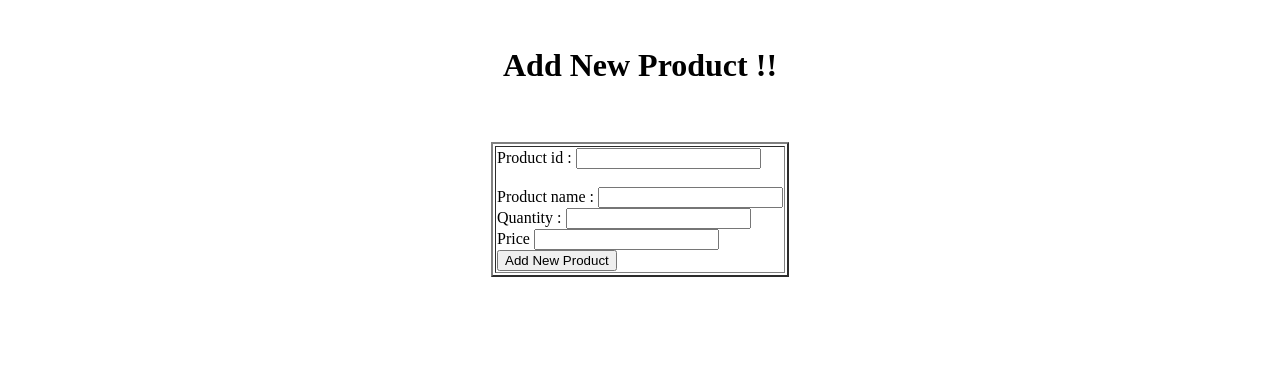
Repository: ravikumar0303/Advance-Java
Page: http://localhost/JSP_Product/addproduct.jsp
The author's editor kept a copy of each file at every save. The page is drawn from the files as they stood at one save, then again after the next save.
The browser window is 1280 px wide. The pictures show the whole page.
The page is served by Tomcat 9. Other server files are loaded and not shown.

Above is the page before, as saved 2023-06-27 07:22:11.

### JSP_Product/src/main/webapp/addproduct.jsp
<%@ page language="java" contentType="text/html; charset=ISO-8859-1"
    pageEncoding="ISO-8859-1"%>
<!DOCTYPE html>
<html>
<head>
<meta charset="ISO-8859-1">
<title>Insert title here</title>
</head>
<center>
<br>
<h1>Add New Product !!</h1>
<br><br>
<body>
<table border="2">
<td>
	<form action="addproduct" method="post">
	Product id : <input type="text" name="pid" id="pid" ><br></br>
	Product name : <input type="text" name="pname" id="pname" ><br>
	Quantity : <input type="text" name="qty" id="qty" ><br>
	Price <input type="text" name="price" id="price" ><br>

	<button type="submit" name="btn" id="btn" value="add">Add New Product</button>
	</form>
	</table>
</body>
</td>
</center>
</html>

After the next save:
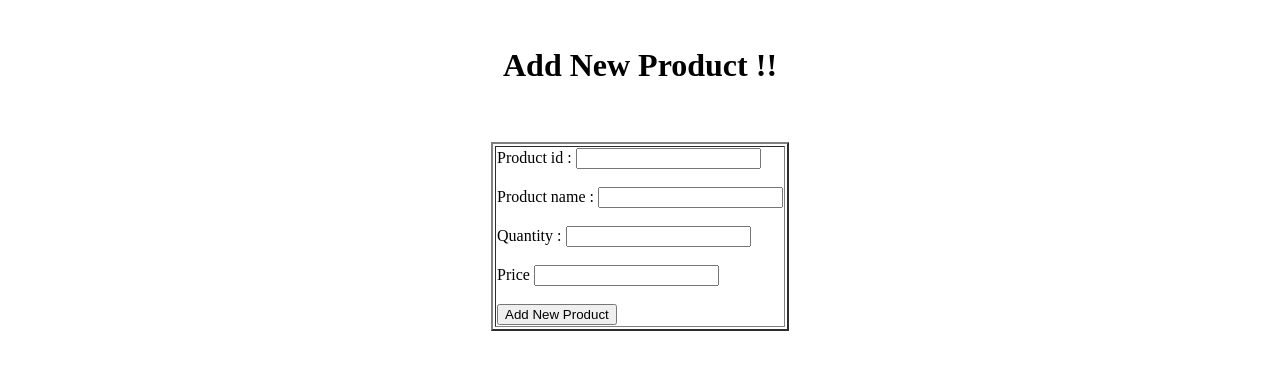
Saved 19 s later.
--- a/JSP_Product/src/main/webapp/addproduct.jsp
+++ b/JSP_Product/src/main/webapp/addproduct.jsp
@@ -15,9 +15,9 @@
 <td>
 	<form action="addproduct" method="post">
 	Product id : <input type="text" name="pid" id="pid" ><br></br>
-	Product name : <input type="text" name="pname" id="pname" ><br>
-	Quantity : <input type="text" name="qty" id="qty" ><br>
-	Price <input type="text" name="price" id="price" ><br>
+	Product name : <input type="text" name="pname" id="pname" ><br></br>
+	Quantity : <input type="text" name="qty" id="qty" ><br></br>
+	Price <input type="text" name="price" id="price" ><br></br>
 
 	<button type="submit" name="btn" id="btn" value="add">Add New Product</button>
 	</form>
